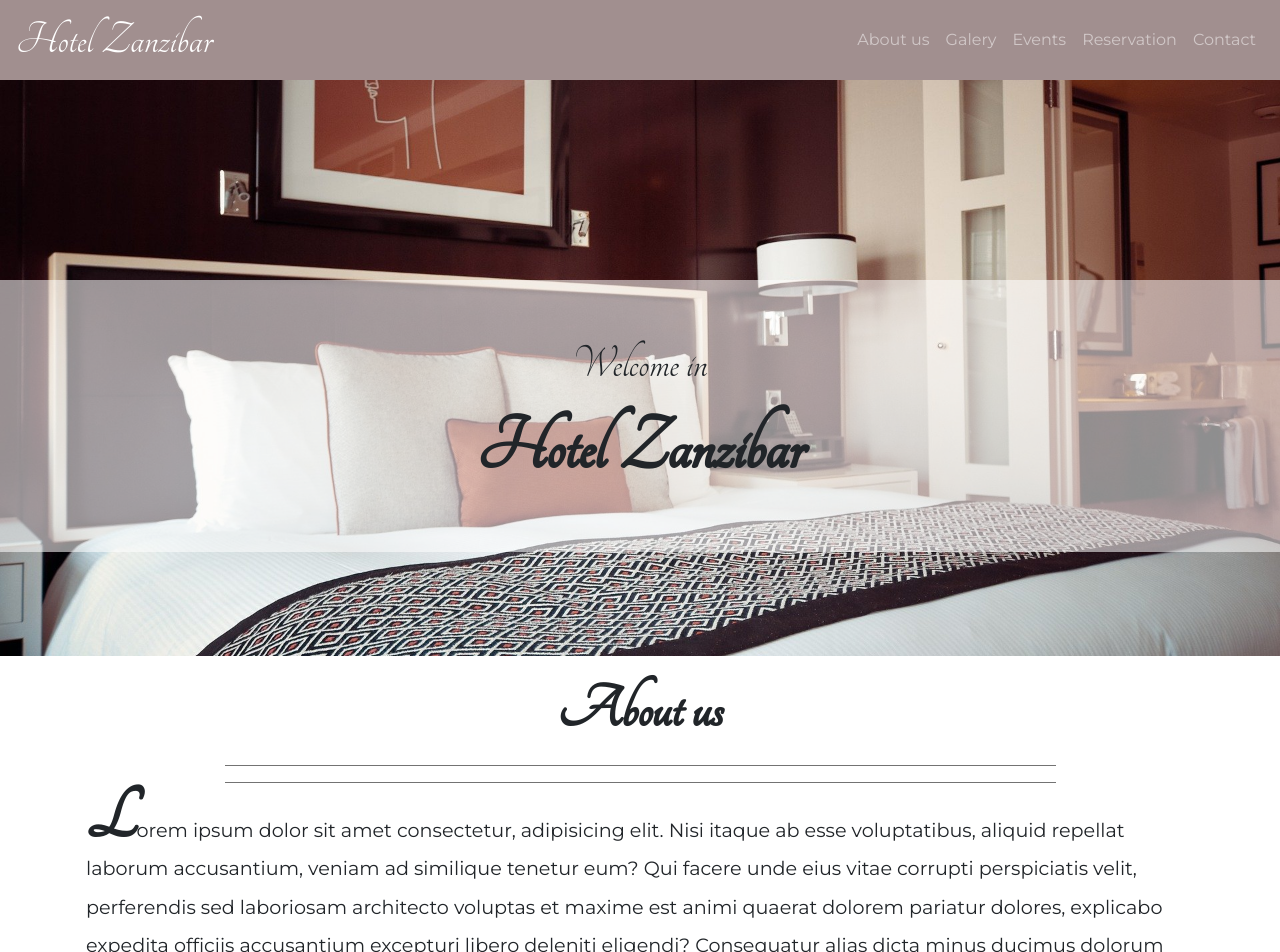
Repository: Ulaa93/Hotel-Zanzibar
Page: index.html
The author's editor kept a copy of each file at every save. The page is drawn from the files as they stood at one save, then again after the next save.
The browser window is 1280 px wide. The pictures show the part of the page from y = 0 to 952 px (the page is 2896 px tall before and 3040 px after).
A picture or video elsewhere on the page could not be fetched, so the positions and the page height are approximate.

Above is the page before, as saved 2020-01-28 10:55:03.

### index.html
<!DOCTYPE html>
<html lang="en">
  <head>
    <meta charset="UTF-8" />
    <meta name="viewport" content="width=device-width, initial-scale=1.0" />
    <meta http-equiv="X-UA-Compatible" content="ie=edge" />
    <title>Hotel Zanzibar</title>
    <link rel="icon" href="./ikona.ico" />
    <link
      href="https://fonts.googleapis.com/css?family=Montserrat|Tangerine&display=swap"
      rel="stylesheet"
    />
    <link href="./fontawesome-free-5.12.0-web/css/all.css" rel="stylesheet" />
    <link
      rel="stylesheet"
      href="https://stackpath.bootstrapcdn.com/bootstrap/4.4.1/css/bootstrap.min.css"
      integrity="sha384-Vkoo8x4CGsO3+Hhxv8T/Q5PaXtkKtu6ug5TOeNV6gBiFeWPGFN9MuhOf23Q9Ifjh"
      crossorigin="anonymous"
    />
    <link rel="stylesheet" href="style.css" />
    <script src="https://unpkg.com/scrollreveal"></script>

  </head>
  <body>
    <nav class="navbar sticky-top navbar-expand-lg navbar-dark">
      <a class="navbar-brand hotel-zanzibar" href="./index.html"
        >Hotel Zanzibar</a
      >
      <button
        class="navbar-toggler"
        type="button"
        data-toggle="collapse"
        data-target="#navbarNavDropdown"
        aria-controls="navbarNavDropdown"
        aria-expanded="false"
        aria-label="Toggle navigation"
      >
        <span class="navbar-toggler-icon"></span>
      </button>
      <div
        class="collapse navbar-collapse w-100 order-3 dual-collapse2"
        id="navbarNavDropdown"
      >
        <ul class="navbar-nav ml-auto">
          <li class="nav-item ">
            <a class="nav-link" href="./about-us.html">About us </a>
          </li>
          <li class="nav-item">
            <a class="nav-link" href="./galery.html">Galery</a>
          </li>
          <li class="nav-item">
            <a class="nav-link" href="./events.html">Events</a>
          </li>
          <li class="nav-item">
            <a class="nav-link" href="./reservation.html">Reservation</a>
          </li>
          <li class="nav-item">
            <a class="nav-link" href="./contact.html">Contact</a>
          </li>
        </ul>
      </div>
    </nav>

    <section class="hotel-main">
      <div class="welcome">
        <span>Welcome in</span>
        <h1>Hotel Zanzibar</h1>
      </div>
    </section>
    <section class="hotel-about container p-3">
      <h2>About us</h2>
      <hr />
      <hr />
      <div></div>
      <p>
        Lorem ipsum dolor sit amet consectetur, adipisicing elit. Nisi itaque ab
        esse voluptatibus, aliquid repellat laborum accusantium, veniam ad
        similique tenetur eum? Qui facere unde eius vitae corrupti perspiciatis
        velit, perferendis sed laboriosam architecto voluptas et maxime est
        animi quaerat dolorem pariatur dolores, explicabo expedita officiis
        accusantium excepturi libero deleniti eligendi? Consequatur alias dicta
        minus ducimus dolorum aperiam id fugiat voluptate neque est inventore,
        dolores recusandae magnam fugit natus qui quas explicabo, voluptatibus
        aliquid repudiandae et. Dolorem, at temporibus! Autem dolorum ducimus
        magni necessitatibus alias porro dignissimos excepturi nobis quod.
        Architecto assumenda consequuntur non magni illo a, corrupti cupiditate?
        Magni eius ducimus voluptates, exercitationem impedit nisi placeat non
        sint cupiditate dolor tempora nulla dolorem saepe expedita, adipisci
        consectetur? Cum nemo totam architecto deleniti veritatis accusantium
        maiores, nobis, obcaecati inventore incidunt, modi quidem illo.
        Architecto ut autem at voluptas libero minima mollitia culpa nisi amet
        earum fugiat illo praesentium ad qui sint fugit, esse maxime ipsum?
      </p>
    </section>
    <section class="galery container p-5">
      <h2>Galery</h2>
      <hr />
      <hr />
      <div
        id="carouselExampleCaptions"
        class="carousel slide"
        data-ride="carousel"
      >
        <ol class="carousel-indicators">
          <li
            data-target="#carouselExampleCaptions"
            data-slide-to="0"
            class="active"
          ></li>
          <li data-target="#carouselExampleCaptions" data-slide-to="1"></li>
          <li data-target="#carouselExampleCaptions" data-slide-to="2"></li>
          <li data-target="#carouselExampleCaptions" data-slide-to="3"></li>
          <li data-target="#carouselExampleCaptions" data-slide-to="4"></li>
          <li data-target="#carouselExampleCaptions" data-slide-to="5"></li>
        </ol>
        <div class="carousel-inner">
          <div class="carousel-item active">
            <img
              src="./img/rooms/hotelroom-2205447_1280.jpg"
              class="d-block w-100"
            />
          </div>
          <div class="carousel-item">
            <img
              src="./img/rooms/bedroom-1285156_1280.jpg"
              class="d-block w-100"
            />
          </div>
          <div class="carousel-item">
            <img
              src="./img/rooms/hotel-1330841_1280.jpg"
              class="d-block w-100"
            />
          </div>
          <div class="carousel-item">
            <img
              src="./img/rooms/hotel-4416515_1920.jpg"
              class="d-block w-100"
            />
          </div>
          <div class="carousel-item">
            <img
              src="./img/rooms/hotel-1749602_1280.jpg"
              class="d-block w-100"
            />
          </div>
          <div class="carousel-item">
            <img
              src="./img/rooms/hotel-room-1447201_1920.jpg"
              class="d-block w-100"
            />
          </div>
        </div>
        <a
          class="carousel-control-prev"
          href="#carouselExampleCaptions"
          role="button"
          data-slide="prev"
        >
          <span class="carousel-control-prev-icon" aria-hidden="true"></span>
          <span class="sr-only">Previous</span>
        </a>
        <a
          class="carousel-control-next"
          href="#carouselExampleCaptions"
          role="button"
          data-slide="next"
        >
          <span class="carousel-control-next-icon" aria-hidden="true"></span>
          <span class="sr-only">Next</span>
        </a>
      </div>
    </section>

    <section class="container p-3 contact">
      <h2>Contact</h2>
      <hr />
      <hr />
      <div class="row">
        <div class="col-sm-6 ">
          <div class="card ">
            <div class="card-body">
              <div class="card-body">
                <i class="fas fa-phone"></i>
                phone: 012 345 678
              </div>
              <div class="card-body">
                <i class="fas fa-envelope"></i>
                mail: example@example.com
              </div>
              <div class="card-body">
                <i class="fas fa-map-marker-alt"></i>
                adress: example adress
              </div>
            </div>
          </div>
        </div>
        <div class="col-sm-6">
          <div class="card">
            <div class="card-body">
              <form>
                <div class="form-group">
                  <label for="nameInput">Name</label>
                  <input
                    type="text"
                    class="form-control"
                    id="nameInput"
                    placeholder="Name"
                  />
                </div>
                <div class="form-group">
                  <label for="emailInput">Email address</label>
                  <input
                    type="email"
                    class="form-control"
                    id="emailInput"
                    placeholder="name@example.com"
                  />
                </div>
                <div class="form-group">
                  <label for="messageInput">Message</label>
                  <textarea
                    class="form-control"
                    id="messageInput"
                    rows="3"
                  ></textarea>
                </div>
                <button type="submit" class="btn btn-primary">Submit</button>
              </form>
            </div>
          </div>
        </div>
      </div>
    </section>

    <footer>
      <div>Copyright &copy; Urszula Kosior 2020</div>
    </footer>

    <script
      src="https://code.jquery.com/jquery-3.4.1.slim.min.js"
      integrity="sha384-J6qa4849blE2+poT4WnyKhv5vZF5SrPo0iEjwBvKU7imGFAV0wwj1yYfoRSJoZ+n"
      crossorigin="anonymous"
    ></script>
    <script
      src="https://cdn.jsdelivr.net/npm/popper.js@1.16.0/dist/umd/popper.min.js"
      integrity="sha384-Q6E9RHvbIyZFJoft+2mJbHaEWldlvI9IOYy5n3zV9zzTtmI3UksdQRVvoxMfooAo"
      crossorigin="anonymous"
    ></script>
    <script
      src="https://stackpath.bootstrapcdn.com/bootstrap/4.4.1/js/bootstrap.min.js"
      integrity="sha384-wfSDF2E50Y2D1uUdj0O3uMBJnjuUD4Ih7YwaYd1iqfktj0Uod8GCExl3Og8ifwB6"
      crossorigin="anonymous"
    ></script>
    <script src="./script.js"></script>
  </body>
</html>

### style.css
* {
  padding: 0;
  margin: 0;
  font-family: 'Montserrat', sans-serif;
}

.navbar {
  height: 80px;
  background-color: rgba(124, 98, 98, 0.712);
}
/* .navbar a{
    color:black;
} */
.hotel-zanzibar {
  font-size: 3em;
  font-family: 'Tangerine', cursive;
}

.hotel-main {
  background-image: url(./img/rooms/hotel-room-1447201_1920.jpg);
  width: 100%;
  height: 80vh;
  background-size: cover;
  background-position: center;
  display: flex;
  flex-direction: column;
  /* justify-content: center; */
  /* align-items: flex-start; */
  padding: 200px 0;
  /* color: white; */
  /* line-height: 400%; */
}

.welcome {
  background-color: rgba(255, 255, 255, 0.555);
  padding: 3em;
  text-align: center;
}
.welcome span {
  font-size: 3em;
  font-family: 'Tangerine', cursive;
}
.welcome h1 {
  font-size: 5em;
  font-family: 'Tangerine', cursive;
  font-weight: 600;
}

h2 {
  text-align: center;
  font-size: 4em;
  font-weight: 600;
  font-family: 'Tangerine', cursive;
}
section p {
  font-size: 1.2em;
  line-height: 2em;
}

section p::first-letter {
  font-size:4em;
  font-weight: 600;
  font-family: 'Tangerine', cursive;
}

hr {
margin:16px auto;
 width: 75%;
 background-color:gray;

}
/* .galery .carousel-inner {
  /* background-size: contain; */
  /* height: 55vh; */
  /* min-height: 400px; */
  /* overflow: hidden; */
  /* background-position: center; */


  .back i{
    font-size: 2em;
    margin: 0 0.2em;
    vertical-align: middle;

}
.back{
    font-size: 1.2em;
    vertical-align: middle;
position: absolute;
top:7em;
left:15em;
}
.back a{
    color: black;
    text-decoration: none;
}

footer{
 text-align: center;
 color: white;
  background-color: rgba(124, 98, 98, 0.712);
height: 80px;
line-height: 80px;
font-size: 1.2em;;
}


.contact .row{
  align-items: center;
}
.contact i{
  margin-right: 1em;
}

### script.js

const nodeArray = [
    document.querySelector('.hotel-main'),
    document.querySelector('.hotel-about'),
    document.querySelector('.galery'),
    document.querySelector('.contact')
];

ScrollReveal().reveal(nodeArray, {
  delay: 475,
  duration: 500,
  reset: true
});

Loaded but not shown: fontawesome-free-5.12.0-web/css/all.css (library)

After the next save:
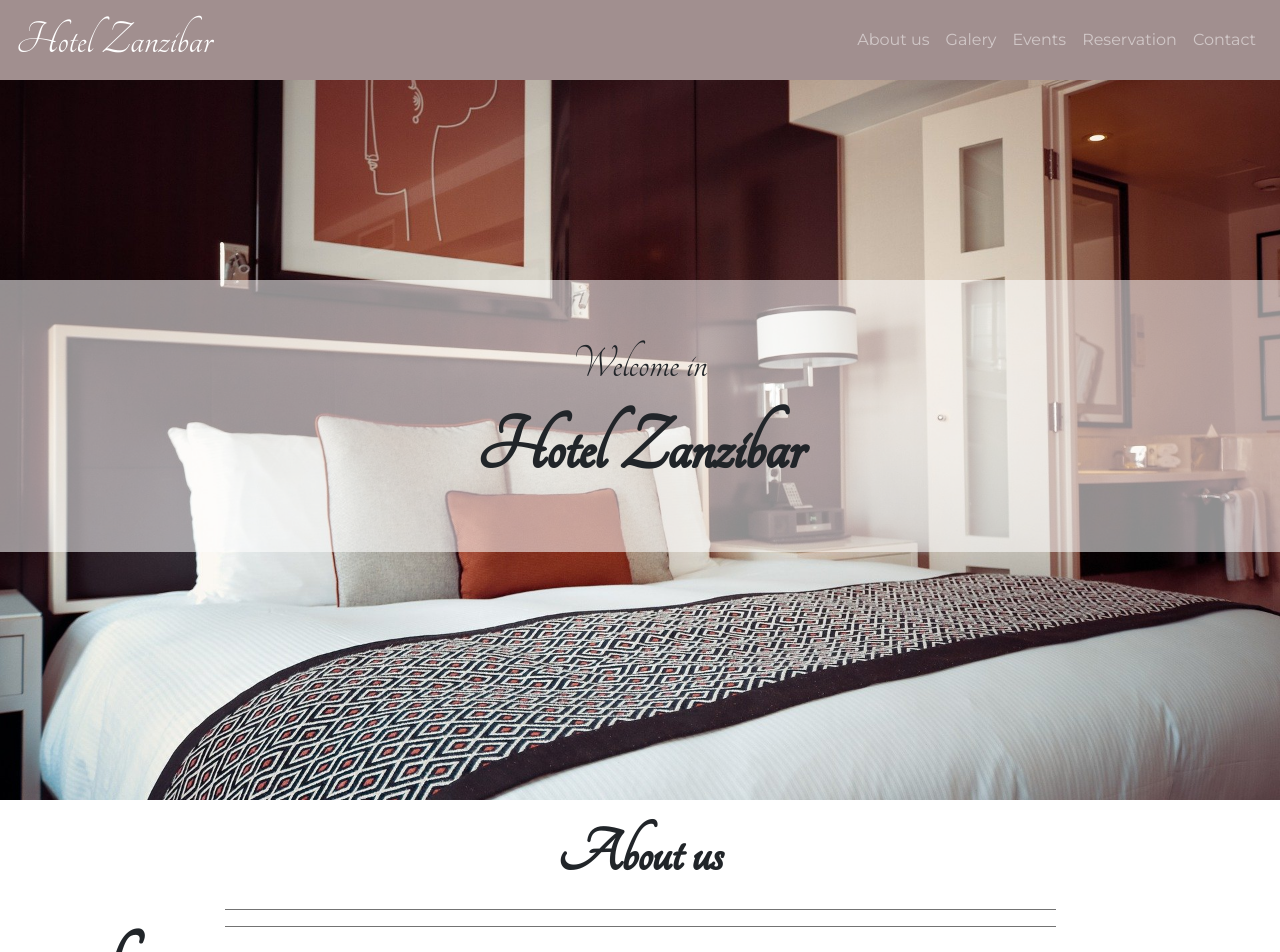
Saved 58 s later.
--- a/style.css
+++ b/style.css
@@ -19,7 +19,7 @@
 .hotel-main {
   background-image: url(./img/rooms/hotel-room-1447201_1920.jpg);
   width: 100%;
-  height: 80vh;
+  height: 100vh;
   background-size: cover;
   background-position: center;
   display: flex;

After the 2 saves that followed:
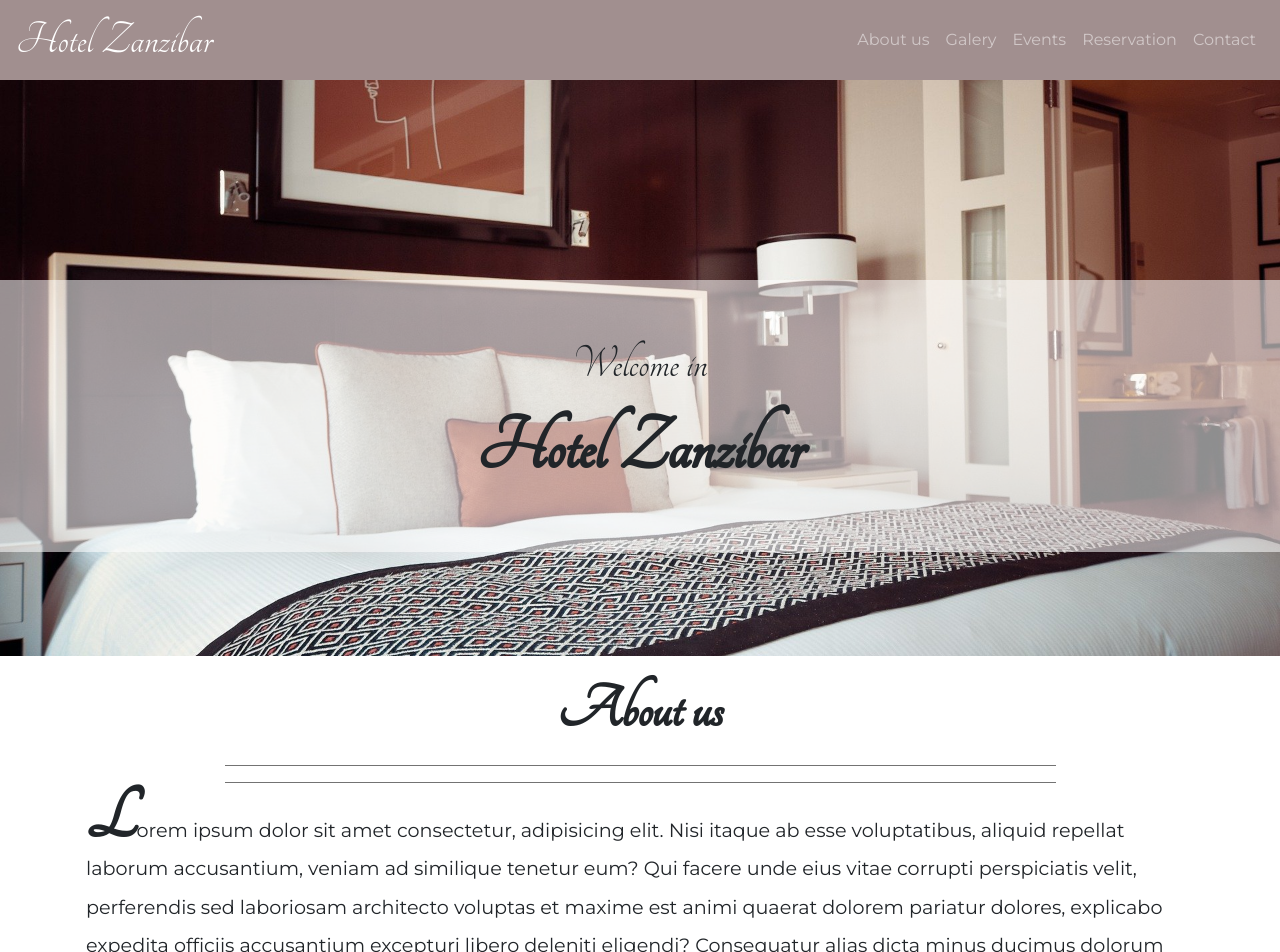
The 2 saves are shown as one change because they came seconds apart.
The last was saved 41 s later.
--- a/style.css
+++ b/style.css
@@ -19,7 +19,7 @@
 .hotel-main {
   background-image: url(./img/rooms/hotel-room-1447201_1920.jpg);
   width: 100%;
-  height: 100vh;
+  height: 80vh;
   background-size: cover;
   background-position: center;
   display: flex;
